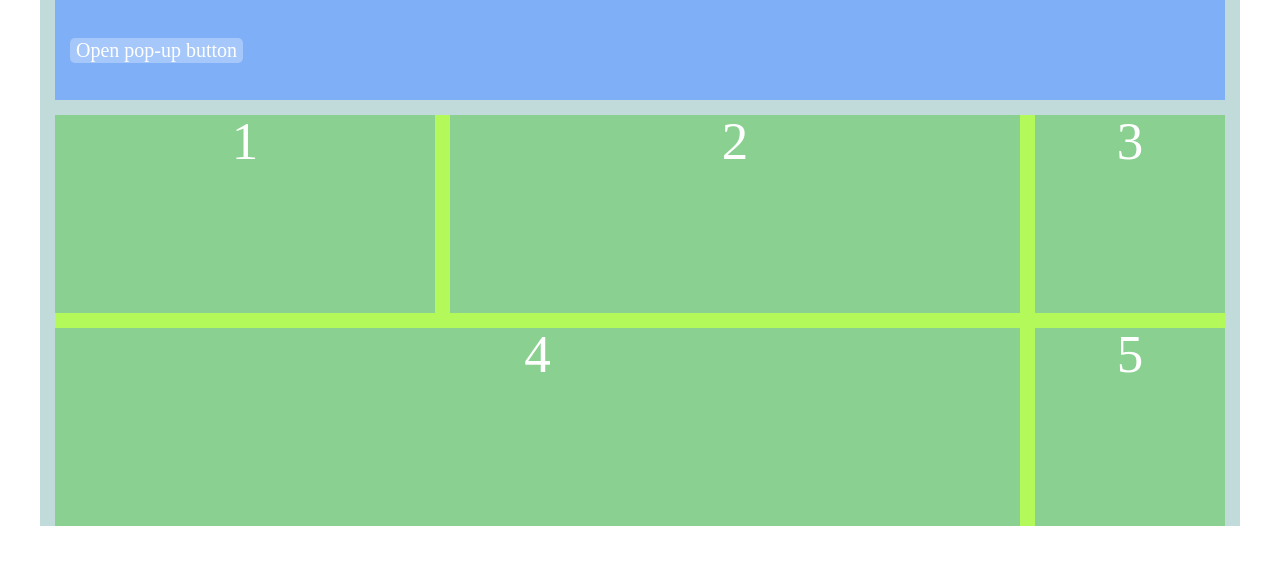
Repository: Evgenius190999999/nodasoft
Page: index.html
The author's editor kept a copy of each file at every save. The page is drawn from the files as they stood at one save, then again after a run of saves.
The browser window is 1280 px wide. The pictures show the whole page.
Some web libraries are served in a nearby version. The style sheet was rebuilt from its Sass, Less or Tailwind sources for each picture, by a compiler version that may differ from the author's.

Above is the page before, as saved 2022-07-08 14:54:30.

### index.html
<!DOCTYPE html>
<html lang="en">

<head>
    <meta charset="UTF-8">
    <meta http-equiv="X-UA-Compatible" content="IE=edge">
    <meta name="viewport" content="width=device-width, initial-scale=1.0">
    <link rel="stylesheet" href="./style/normalize.css">
    <link rel="stylesheet" href="./style/reset.css">
    <link rel="stylesheet" href="./style/style.css">
    <script src="https://kit.fontawesome.com/33ab42410f.js" crossorigin="anonymous"></script>
    <title>Nodasoft</title>
</head>

<body>
    <div class="wrapper">
        <header class="header container">
            <button class="open__popup">Open pop-up button</button>
        </header>
        <div class="parent container">
            <div class="div1">1</div>
            <div class="div2">2</div>
            <div class="div3">3</div>
            <div class="div4">4</div>
            <div class="div5">5</div>
        </div>
    </div>

</body>

</html>

### style/sass/style.sass

*, *::after, *::before
    box-sizing: border-box

.wrapper
    max-width: 1200px
    margin: 0 auto
    background: #C0DBD9

.header
    display: flex
    align-items: center
    justify-content: flex-start
    padding: 0 15px
    background: #7FAFF7
    height: 100px

.container
    max-width: 1170px
    margin: 0 auto

.open__popup
    background: #A5C7F9
    border-radius: 5px
    border: none
    font-size: 20px
    line-height: 23px
    color: #FFFFFF
    cursor: pointer

.parent
    display: grid
    grid-template-columns: 2fr 3fr 1fr
    grid-template-rows: repeat(2, 1fr)
    grid-column-gap: 15px
    grid-row-gap: 15px
    background: #B3F95A
    text-align: center
    font-size: 53px
    color: #FFFFFF
    margin-top: 15px
    div
        height: 198px
        background: #8AD191

.div1
    grid-area: 1 / 1 / 2 / 2
.div2
    grid-area: 1 / 2 / 2 / 3
.div3
    grid-area: 1 / 3 / 2 / 4
.div4
    grid-area: 2 / 1 / 3 / 3
.div5
    grid-area: 2 / 3 / 3 / 4

Loaded but not shown: style/normalize.css (library); style/reset.css (common file)

After the next 2 saves:
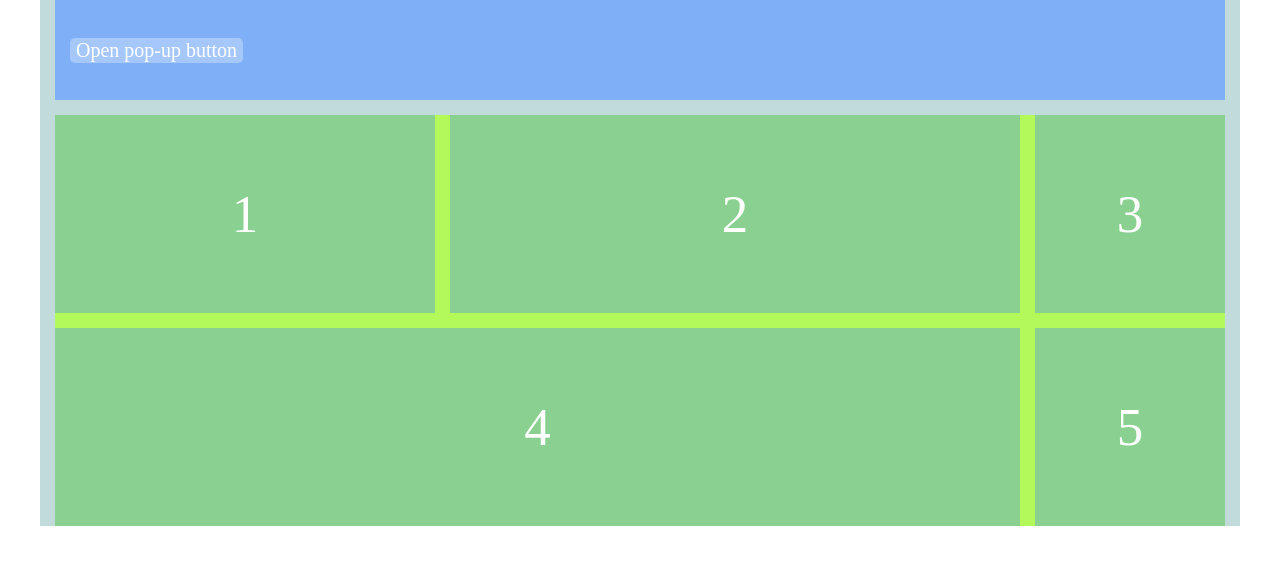
The 2 saves are shown as one change because they came seconds apart.
The last was saved 81 s later.
--- a/style/sass/style.sass
+++ b/style/sass/style.sass
@@ -35,13 +35,15 @@
     grid-column-gap: 15px
     grid-row-gap: 15px
     background: #B3F95A
-    text-align: center
     font-size: 53px
     color: #FFFFFF
     margin-top: 15px
     div
         height: 198px
         background: #8AD191
+        display: flex
+        align-items: center
+        justify-content: center
 
 .div1
     grid-area: 1 / 1 / 2 / 2
